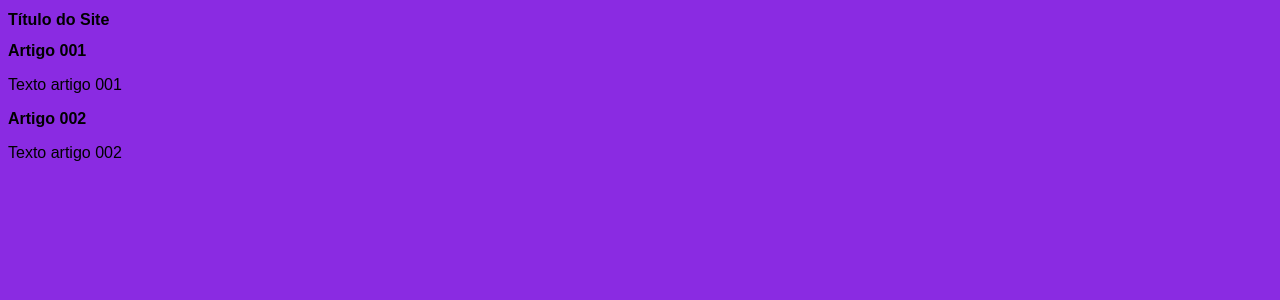
Repository: hbrunobrito/projeto-site
Page: index.html
The author's editor kept a copy of each file at every save. The page is drawn from the files as they stood at one save, then again after a run of saves.
The browser window is 1280 px wide. The pictures show the whole page.

Above is the page before, as saved 2024-03-29 09:06:59.

### index.html
<!DOCTYPE html>
<html lang="pt-br">
<head>
    <meta charset="UTF-8">
    <meta name="viewport" content="width=device-width, initial-scale=1.0">
    <title>Título do Site</title>
    <link rel="stylesheet" href="estilos/style.css">
</head>
<body>
    <main>
        <header>
            <h1>Título do Site</h1>
        </header>
        <article>
            <h2>Artigo 001</h2>
            <p>Texto artigo 001</p>
        </article>
        <article>
            <h2>Artigo 002</h2>
            <p>Texto artigo 002</p>
        </article>
    </main>
</body>
</html>

### estilos/style.css
* {
    font-family: Arial, Helvetica, sans-serif;
    font-size: 16px;
}

body {
    background-color: blueviolet;
}

After the next 2 saves:
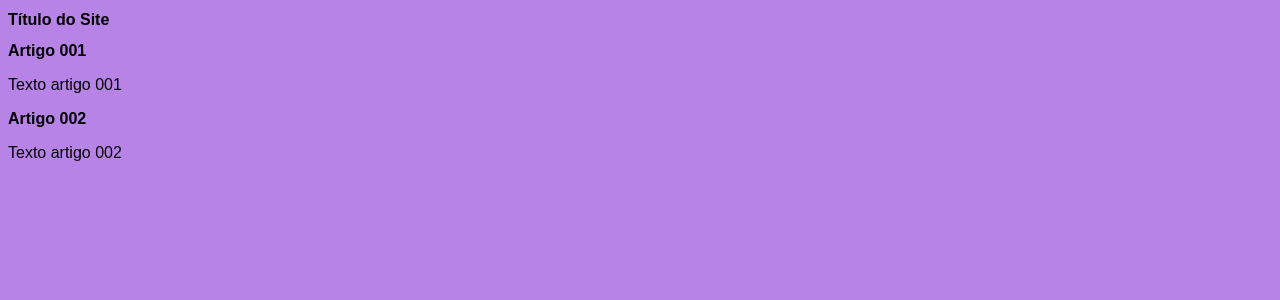
The 2 saves are shown as one change because they came seconds apart.
The last was saved 16 s later.
--- a/estilos/style.css
+++ b/estilos/style.css
@@ -4,5 +4,5 @@
 }
 
 body {
-    background-color: blueviolet;
+    background-color: rgb(183, 131, 231);
 }
